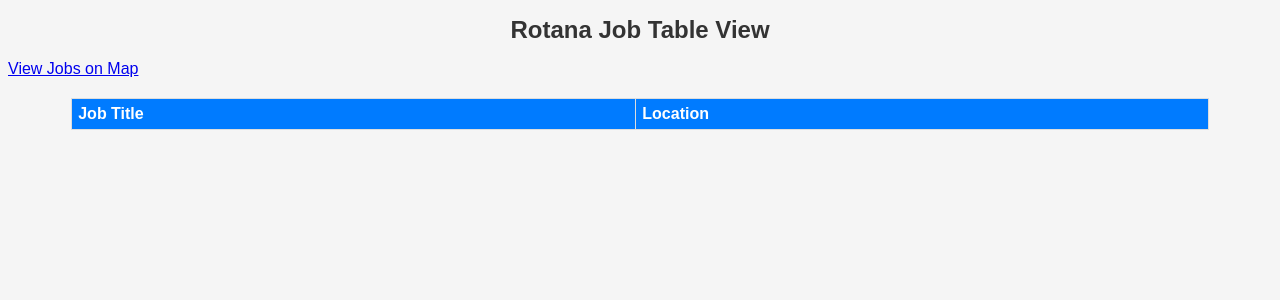
Repository: Reham28/RotanaJobs
Page: public/index.html
These files come from the project's save history. The page is drawn as it stood at one moment and after the next save; the edit follows.
The browser window is 1280 px wide. The pictures show the whole page.
The page's requests for data from a server got no answer.

Above is the page before, as saved 2023-09-16 18:39:34.

### public/index.html
<!DOCTYPE html>
<html lang="en">
<head>
  <meta charset="UTF-8">
  <meta name="viewport" content="width=device-width, initial-scale=1.0">
  <title>Rotana Jobs and location</title>
  <link rel="stylesheet" href="style.css">
</head>
<body>
  <h1>Rotana Job Table View</h1>
  <div class="nav-link">
    <a href="map.html">View Jobs on Map</a>
  </div>
  <table id="jobTable">
    <thead>
      <tr>
        <th>Job Title</th>
        <th>Location</th>
      </tr>
    </thead>
    <tbody></tbody>
  </table>

  <script src="app.js"></script>
</body>
</html>

### public/style.css
body {
    font-family: Arial, sans-serif;
  }

  h1 {
    text-align: center;
  }

  table {
    border-collapse: collapse;
    width: 50%;
    margin: 0 auto;
  }

  th, td {
    border: 1px solid #ddd;
    padding: 8px;
    text-align: left;
  }

  tr:nth-child(even) {
    background-color: #f2f2f2;
  }

  #map {
    height: 500px;
    width: 80%;
    margin: 0 auto;
  }

  body {
    font-family: Arial, sans-serif;
    background-color: #f5f5f5;
  }

  .container {
    background-color: #fff;
    border-radius: 10px;
    box-shadow: 0 0 20px rgba(0, 0, 0, 0.1);
    padding: 10px;
    max-width: 800px;
    margin: 10px auto;
  }

  h1 {
    text-align: center;
    font-size: 24px;
    color: #333;
  }

  table {
    width: 90%;
    border-collapse: collapse;
    margin-top: 20px;
    background-color: #f9f9f9;
    border-radius: 8px;
  }

  th, td {
    padding: 6px 6px;
    text-align: left;
  }

  th {
    background-color: #007bff;
    color: #fff;
  }

  tr:nth-child(even) {
    background-color: #f3f0f0;
  }

  tr:hover {
    background-color: #ddd;
  }

### public/app.js
document.addEventListener('DOMContentLoaded', () => {
    const jobTable = document.getElementById('jobTable').getElementsByTagName('tbody')[0];

    fetch('/jobs')
      .then(response => response.json())
      .then(data => {
        data.forEach(job => {
          const row = jobTable.insertRow();
          const titleCell = row.insertCell(0);
          const locationCell = row.insertCell(1);

          titleCell.innerText = job.title;
          locationCell.innerText = job.location;
        });
      })
      .catch(error => console.error('Error:', error));
  });

After the next save:
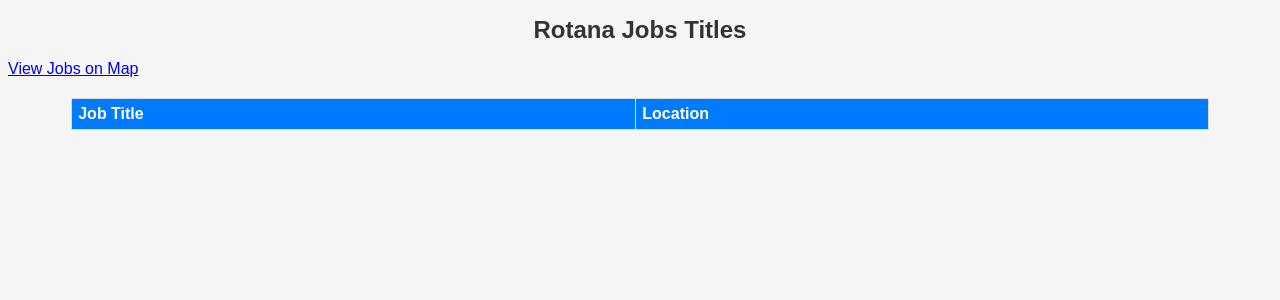
Saved 67 s later.
--- a/public/index.html
+++ b/public/index.html
@@ -7,7 +7,7 @@
   <link rel="stylesheet" href="style.css">
 </head>
 <body>
-  <h1>Rotana Job Table View</h1>
+  <h1>Rotana Jobs Titles </h1>
   <div class="nav-link">
     <a href="map.html">View Jobs on Map</a>
   </div>
